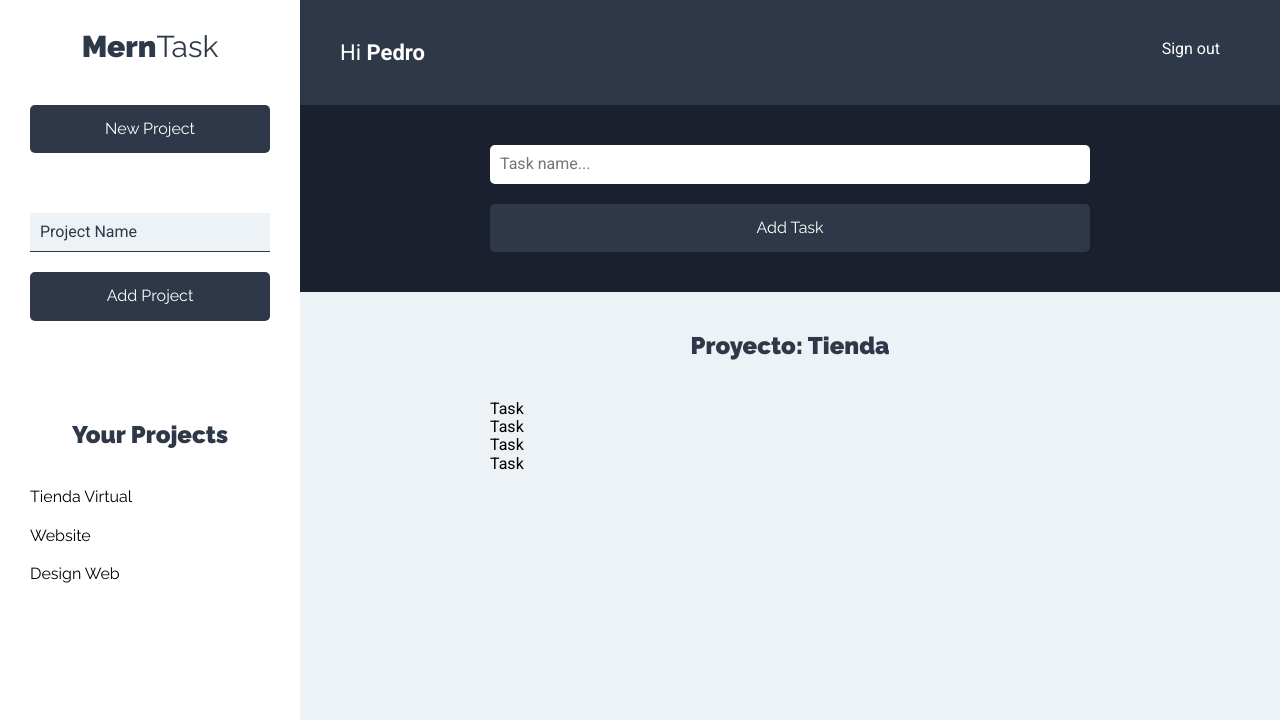
Repository: ppfeliuu/MERN-Task-Client
Page: /projects, after clicking the first element matching `button.btn-blank`
An editor plug-in stored every save of this project. The page is shown before and after the next save, followed by the edit.
The browser window is 1280 px wide. The pictures show the whole page.
The project was rebuilt for these pictures with package versions that can differ from the ones it lists, and the page was loaded fresh each time. Also part of the build but not shown: src/components/auth/Login.js, src/components/auth/NewAccount.js.

Above is the page before, as saved 2020-02-16 12:38:44.

### src/App.js
import React from 'react';
import { BrowserRouter as Router, Switch, Route } from 'react-router-dom';
import Login from './components/auth/Login';
import NewAccount from './components/auth/NewAccount';
import Projects from './components/projects/Projects';

function App() {
  return (
    <Router>
      <Switch>
        <Route exact path="/" component={Login} />
        <Route exact path="/new-account" component={NewAccount} />
        <Route exact path="/projects" component={Projects} />
      </Switch>
    </Router>
  );
}

export default App;

### src/components/projects/Projects.js
import React from "react";
import Sidebar from "../layout/Sidebar";
import Bar from "../layout/Bar";
import FormTask from "../task/FormTask";
import ListTasks from "../task/ListTasks";

const Projects = () => {
  return (
    <div className="contenedor-app">
      <Sidebar />

      <div className="seccion-principal">
        <Bar />
        <main>
          <FormTask />
          <div className="contenedor-tareas">
            <ListTasks />
          </div>
        </main>
      </div>
    </div>
  );
};

export default Projects;

### src/components/layout/Sidebar.js
import React from 'react';
import NewProject from '../projects/NewProject';
import ListProjects from '../projects/ListProjects';

const Sidebar = () => {
    return (
        <aside>
            <h1>Mern<span>Task</span></h1>
            <NewProject />

            <div className="proyectos">
                <h2>Your Projects</h2>

                <ListProjects />
            </div>
        </aside>
    )
}

export default Sidebar

### src/components/layout/Bar.js
import React from 'react'

const Bar = () => {
    return (
        <div>
          <header className="app-header">
              <p className="nombre-usuario">Hi <span>Pedro</span></p>

              <nav className="nav-principal">
                  <a href="#!">Sign out</a>
              </nav>
              </header>
        </div>
    )
}

export default Bar

### src/components/task/FormTask.js
import React from 'react'

const FormTask = () => {
    return (
        <div className="formulario">
            <form>
                <div className="contenedor-input">
                    <input type="text"
                    className="input-text"
                    placeholder="Task name..."
                    name="nameTask"
                    />
                </div>

                <div className="contenedor-input">
                    <input type="submit"
                    className="btn btn-primario btn-submit btn-block"
                    value="Add Task"
                    />
                </div>
            </form>
        </div>
    )
}

export default FormTask

### src/components/task/ListTasks.js
import React from "react";
import Task from "./Task";

const ListTasks = () => {
  const task = [
    {
      name: "Elegir Plataforma",
      estado: true
    },
    {
      name: "Elegir Colores",
      estado: false
    },
    {
      name: "Elegir forma de pago",
      estado: false
    },
    {
      name: "Elegir Hosting",
      estado: true
    }
  ];

  return (
    <>
      <h2>Proyecto: Tienda</h2>

      <ul className="listado-tareas">
        {task.length === 0 ? (
          <li className="tarea">
            <p>No Tasks</p>
          </li>
        ) : (
          task.map(t => <Task task={task} />)
        )}
      </ul>
    </>
  );
};

export default ListTasks;

### src/components/projects/NewProject.js
import React, { Fragment, useState } from 'react'

const NewProject = () => {

    // State for project
    const [project, setProject] = useState({
        name: ''
    });

    const { name } = project;

    const onChangeProject = e => {
        setProject({
            ...project,
            [e.target.name] : e.target.value
        })
    }

    const onSubmitProject = e => {
        e.preventDefault();

        //valid project

        // add state

        //reset form
    }

    return (
        <Fragment>
            <button type="button" className="btn btn-block btn-primario">New Project</button>

            <form className="formulario-nuevo-proyecto">
                <input type="text" className="input-text" placeholder="Project Name" name="name" value={name} onChange={onChangeProject} />
                <input type="submit" className="btn btn-block btn-primario" value="Add Project" onSubmit={onSubmitProject}/>
            </form>
        </Fragment>
    )
}

export default NewProject

### src/components/projects/ListProjects.js
import React from 'react'
import Project from './Project'

const ListProjects = () => {

    const projects = [
        {name: 'Tienda Virtual'},
        {name: 'Website'},
        {name: 'Design Web'},
    ]
    return (
        <ul className="listado-proyectos">
            {projects.map(project => (
                <Project project={project} />
            ))}
        </ul>
    )
}

export default ListProjects

### src/components/task/Task.js
import React from 'react'

const Task = () => {
    return (
        <div>
            Task
        </div>
    )
}

export default Task

### src/components/projects/Project.js
import React from 'react'

const Project = ({project}) => {
    return (
        <li>
            <button type="button" className="btn btn-blank">
                {project.name}
            </button>
        </li>
    )
}

export default Project

Loaded but not shown: public/index.html (common file); src/index.js (common file); src/index.css (common file); src/serviceWorker.js (common file)

After the next save:
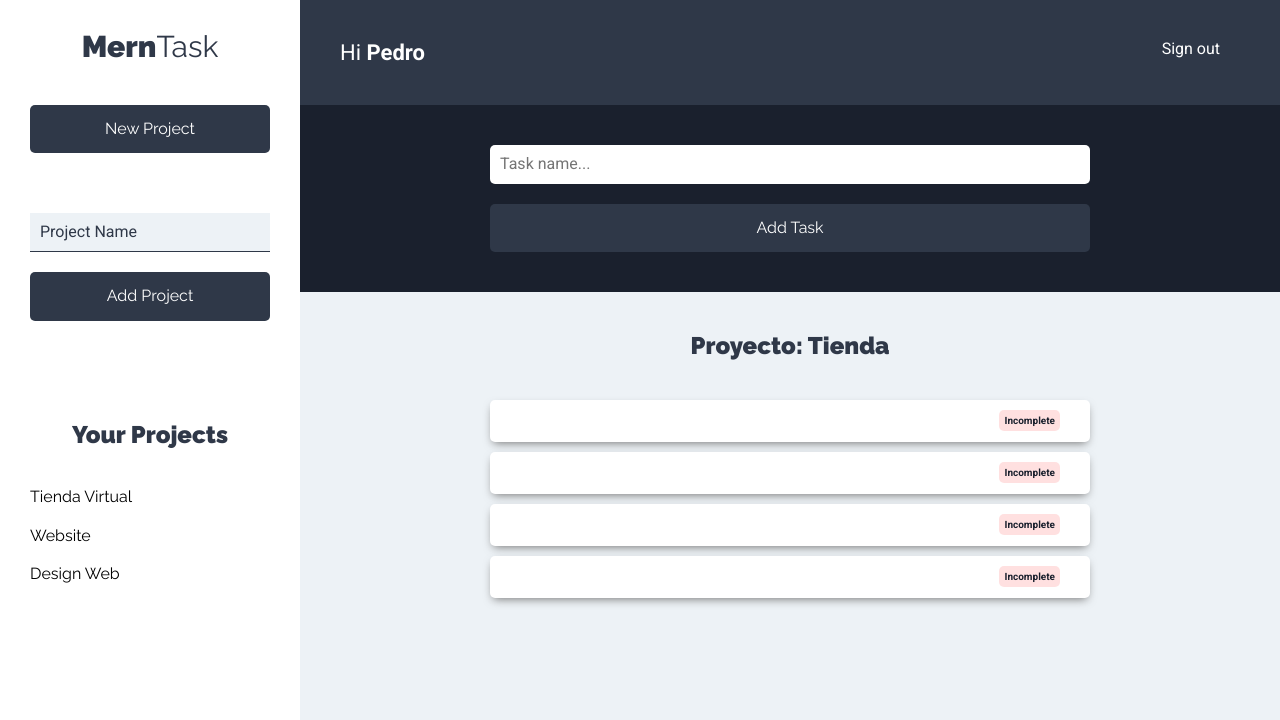
Saved 2 min 35 s later.
--- a/src/components/task/Task.js
+++ b/src/components/task/Task.js
@@ -1,11 +1,23 @@
-import React from 'react'
+import React from "react";
 
-const Task = () => {
-    return (
-        <div>
-            Task
-        </div>
-    )
-}
+const Task = ({ task }) => {
+  return (
+    <li className="tarea sombra">
+      <p>{task.name}</p>
 
-export default Task
+      <div className="estado">
+        {task.estado ? (
+          <button type="button" className="completo">
+            Complete
+          </button>
+        ) : (
+            <button type="button" className="incompleto">
+            Incomplete
+          </button>
+        )}
+      </div>
+    </li>
+  );
+};
+
+export default Task;
